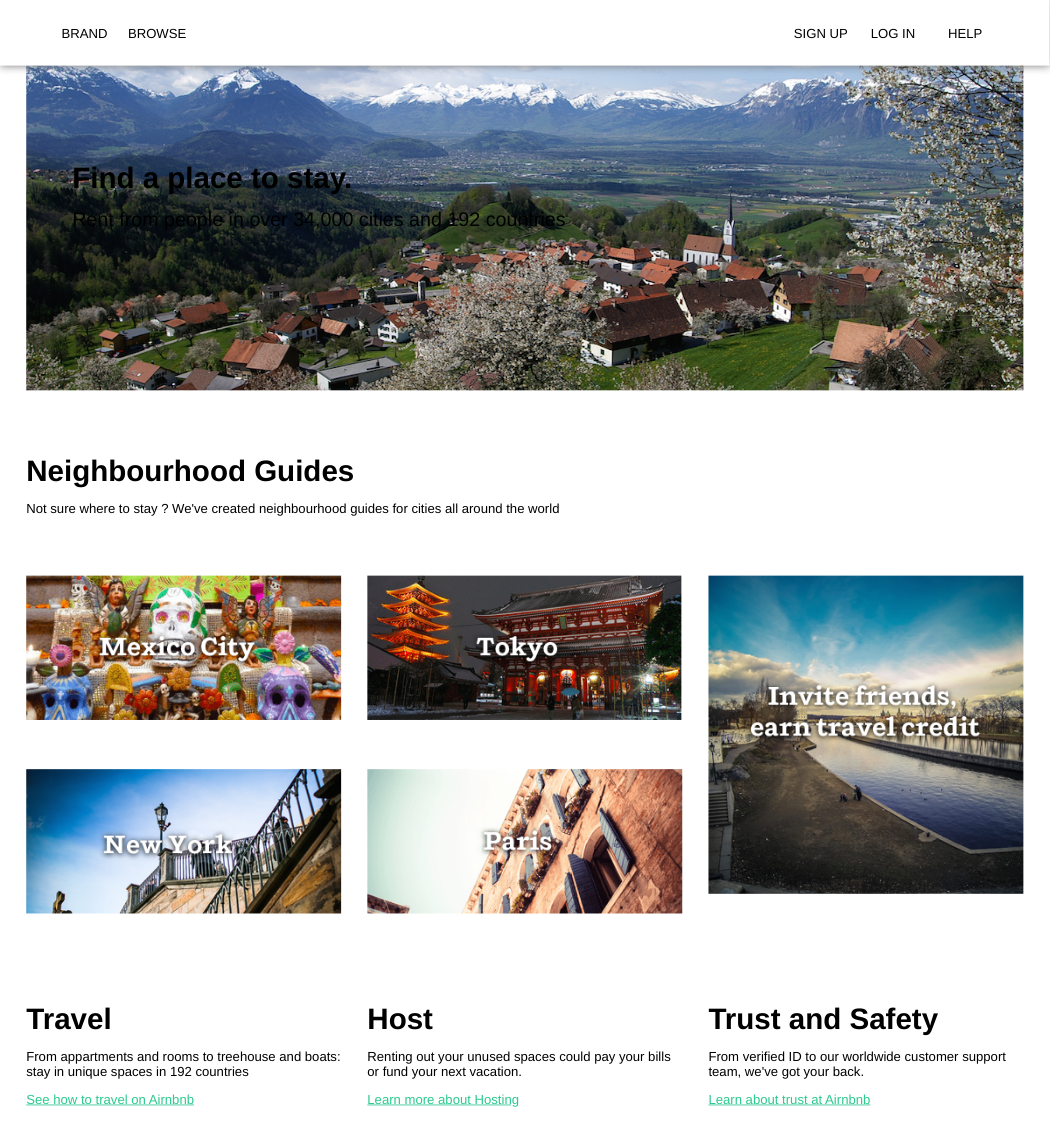
Repository: Naohonproject/web101x02-asm3
Page: Project3.html
An editor plug-in stored every save of this project. The page is shown before and after a run of saves, followed by the edit.
The browser window is 1280 px wide. The pictures show the whole page, at 82% of full size.

Above is the page before, as saved 2022-01-22 16:11:05.

After the next 2 saves:
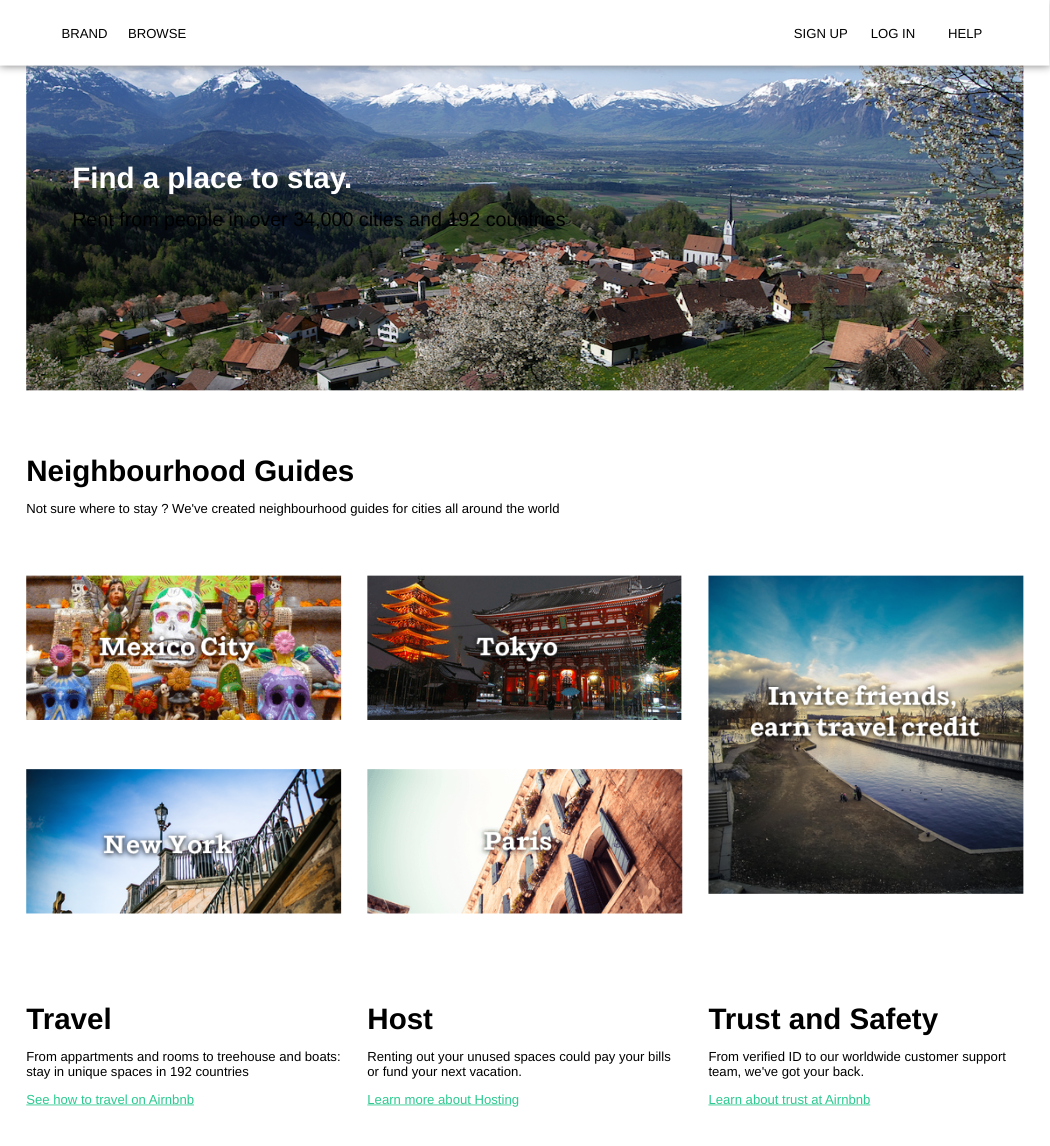
The 2 saves are shown as one change because they came seconds apart.
The last was saved 38 s later.
--- a/Project3.html
+++ b/Project3.html
@@ -47,9 +47,9 @@
 			<div id="banner">
 				<div class="banner-wrapper">
 					<div class="content-heading">
-						<h1 class="bold-text">Find a place to stay.</h1>
+						<h1 class="bold-text white-text">Find a place to stay.</h1>
 					</div>
-					<div class="content-desc">
+					<div class="content-desc white-text">
 						<p>Rent from people in over 34,000 cities and 192 countries</p>
 					</div>
 				</div>
